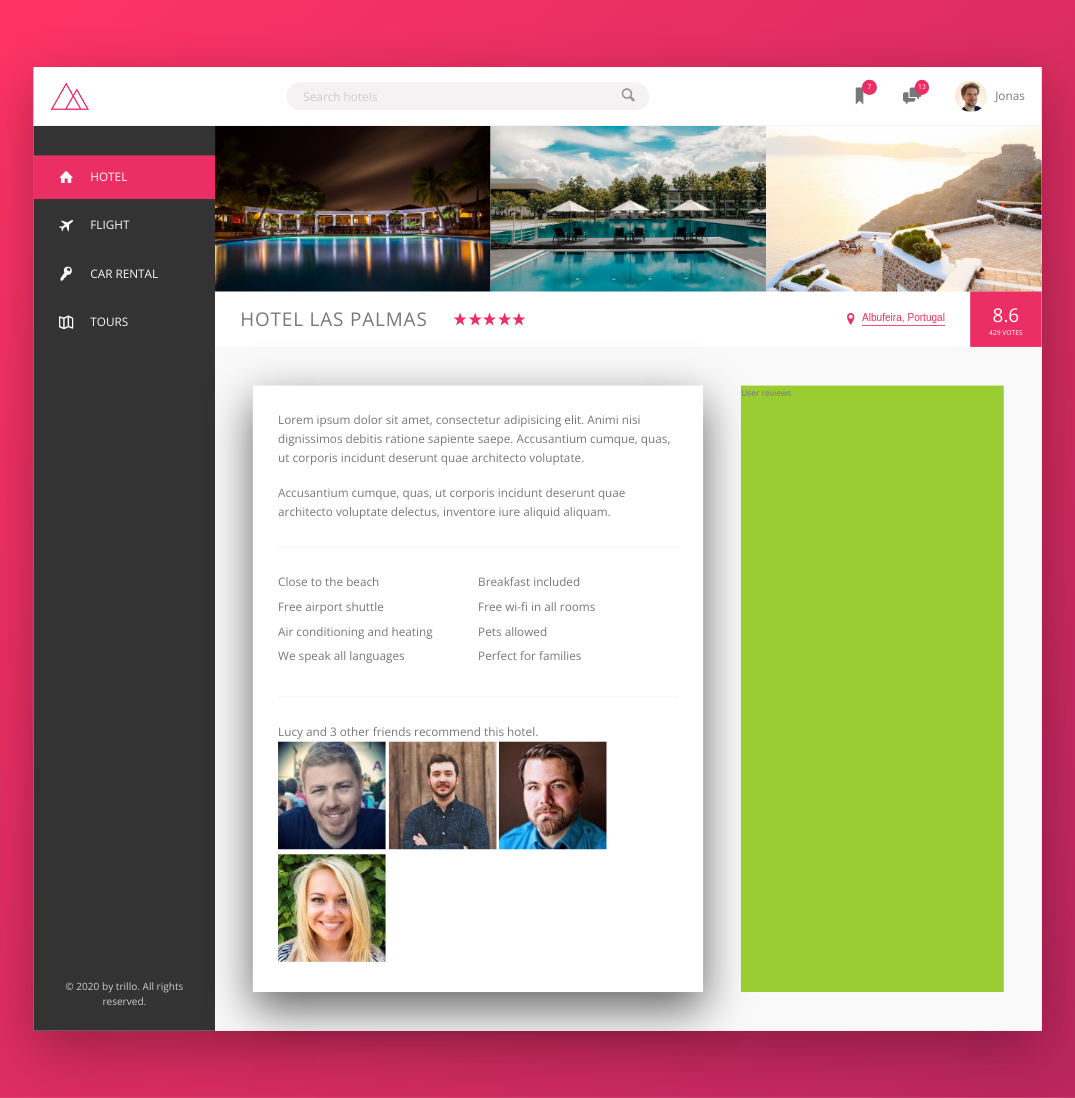
Repository: Lithium87/Trillo
Page: index.html
These files come from the project's save history. The page is drawn as it stood at one moment and after the next save; the edit follows.
The browser window is 1280 px wide. The pictures show the whole page, at 84% of full size.
The style sheet was rebuilt from its Sass, Less or Tailwind sources for each picture, by a compiler version that may differ from the author's.

Above is the page before, as saved 2020-05-17 00:19:50.

### index.html
<!DOCTYPE html>
<html lang="en">

<head>
    <meta charset="UTF-8">
    <meta name="viewport" content="width=device-width, initial-scale=1.0">

    <link href="https://fonts.googleapis.com/css?family=Open+Sans:300,400,600" rel="stylesheet">
    <link rel="stylesheet" href="css/style.css">
    <link rel="shortcut icon" type="image/png" href="img/favicon.png">

    <title>trillo &mdash; Your all-in-one booking app</title>
</head>

<body>
    <div class="container">
        <header class="header">
            <img src="img/logo.png" alt="Trillo logo" class="logo">
            <form action="#" class="search">
                <input type="text" class="search__input" placeholder="Search hotels">
                <button class="search__button">
                    <svg class="search__icon">
                        <use xlink:href="img/sprite.svg#icon-magnifying-glass"></use>
                    </svg>
                </button>
            </form>

            <nav class="user-nav">
                <div class="user-nav__icon-box">
                    <svg class="user-nav__icon">
                        <use xlink:href="img/sprite.svg#icon-bookmark"></use>
                    </svg>
                    <span class="user-nav__notification">7</span>
                </div>
                <div class="user-nav__icon-box">
                    <svg class="user-nav__icon">
                        <use xlink:href="img/sprite.svg#icon-chat"></use>
                    </svg>
                    <span class="user-nav__notification">13</span>
                </div>
                <div class="user-nav__user">
                    <img src="img/user.jpg" alt="User photo" class="user-nav__user-photo">
                    <span class="user-nav__user-name">Jonas</span>
                </div>
            </nav>
        </header>
        <div class="content">
            <nav class="sidebar">
                <ul class="side-nav">
                    <li class="side-nav__item side-nav__item--active">
                        <a href="#" class="side-nav__link">
                            <svg class="side-nav__icon">
                                <use xlink:href="img/stripe.svg#icon-home"></use>
                            </svg>
                            <span>Hotel</span>
                        </a>
                    </li>
                    <li class="side-nav__item">
                        <a href="#" class="side-nav__link">
                            <svg class="side-nav__icon">
                                <use xlink:href="img/stripe.svg#icon-aircraft"></use>
                            </svg>
                            <span>Flight</span>
                        </a>
                    </li>
                    <li class="side-nav__item">
                        <a href="#" class="side-nav__link">
                            <svg class="side-nav__icon">
                                <use xlink:href="img/stripe.svg#icon-key"></use>
                            </svg>
                            <span>Car rental</span>
                        </a>
                    </li>
                    <li class="side-nav__item">
                        <a href="#" class="side-nav__link">
                            <svg class="side-nav__icon">
                                <use xlink:href="img/stripe.svg#icon-map"></use>
                            </svg>
                            <span>Tours</span>
                        </a>
                    </li>
                </ul>
                <div class="legal">
                    &copy; 2020 by trillo. All rights reserved.
                </div>
            </nav>
            <main class="hotel-view">
                <div class="gallery">
                    <figure class="gallery__item">
                        <img src="img/hotel-1.jpg" alt="Photo of hotel 1" class="gallery__photo">
                    </figure>
                    <figure class="gallery__item">
                        <img src="img/hotel-2.jpg" alt="Photo of hotel 2" class="gallery__photo">
                    </figure>
                    <figure class="gallery__item">
                        <img src="img/hotel-3.jpg" alt="Photo of hotel 3" class="gallery__photo">
                    </figure>
                </div>
                <div class="overview">
                    <h1 class="overview__heading">Hotel Las Palmas</h1>
                    <div class="overview__stars">
                        <svg class="overview__icon-star">
                            <use xlink:href="img/stripe.svg#icon-star"></use>
                        </svg>
                        <svg class="overview__icon-star">
                            <use xlink:href="img/stripe.svg#icon-star"></use>
                        </svg>
                        <svg class="overview__icon-star">
                            <use xlink:href="img/stripe.svg#icon-star"></use>
                        </svg>
                        <svg class="overview__icon-star">
                            <use xlink:href="img/stripe.svg#icon-star"></use>
                        </svg>
                        <svg class="overview__icon-star">
                            <use xlink:href="img/stripe.svg#icon-star"></use>
                        </svg>
                    </div>
                    <div class="overview__location">
                        <svg class="overview__icon-location">
                            <use xlink:href="img/stripe.svg#icon-location-pin"></use>
                        </svg>
                        <button class="btn-inline">Albufeira, Portugal</button>
                    </div>
                    <div class="overview__rating">
                        <div class="overview__rating-average">8.6</div>
                        <div class="overview__rating-count">429 votes</div>
                    </div>
                </div>
                <div class="detail">
                    <div class="description">
                        <p class="paragraph">
                            Lorem ipsum dolor sit amet, consectetur adipisicing elit. Animi nisi dignissimos debitis ratione sapiente saepe. Accusantium cumque, quas, ut corporis incidunt deserunt quae architecto voluptate.
                        </p>
                        <p class="paragraph">
                            Accusantium cumque, quas, ut corporis incidunt deserunt quae architecto voluptate delectus, inventore iure aliquid aliquam.
                        </p>
                        <ul class="list">
                            <li class="list__item">Close to the beach</li>
                            <li class="list__item">Breakfast included</li>
                            <li class="list__item">Free airport shuttle</li>
                            <li class="list__item">Free wi-fi in all rooms</li>
                            <li class="list__item">Air conditioning and heating</li>
                            <li class="list__item">Pets allowed</li>
                            <li class="list__item">We speak all languages</li>
                            <li class="list__item">Perfect for families</li>
                        </ul>
                        <div class="recommend">
                            <p class="recommend__count">
                                Lucy and 3 other friends recommend this hotel.
                            </p>
                            <div class="recommend__friends">
                                <img src="img/user-3.jpg" alt="Friend 1" class="recommend__photo">
                                <img src="img/user-4.jpg" alt="Friend 2" class="recommend__photo">
                                <img src="img/user-5.jpg" alt="Friend 3" class="recommend__photo">
                                <img src="img/user-6.jpg" alt="Friend 4" class="recommend__photo">
                            </div>
                        </div>
                    </div>
                    <div class="user-reviews">
                        User reviews
                    </div>
                </div>
            </main>
        </div>
    </div>
</body>

</html>

### sass/_base.scss
:root {
    --color-primary: #eb2f64;
    --color-primary-light: #FF3366;
    --color-primary-dark: #BA265D;
    --color-grey-light-1: #faf9f9;
    --color-grey-light-2: #f4f2f2;
    --color-grey-light-3: #f0eeee;
    --color-grey-light-4: #ccc;
    --color-grey-dark-1: #333;
    --color-grey-dark-2: #777;
    --color-grey-dark-3: #999;
    --shadow-dark: 0 2rem 6rem rgba(0, 0, 0, .3);
    --shadow-light: 0 2rem 5rem rgba(0, 0, 0, .6);
    --line: 1px solid var(--color-grey-light-2);
}

* {
    margin: 0;
    padding: 0;
}

*,
*::before,
*::after {
    box-sizing: inherit;
}

html {
    box-sizing: border-box;
    font-size: 62.5%; // 1rem = 10px
}

body {
    font-family: 'Open Sans', sans-serif;
    font-weight: 400;
    line-height: 1.6;
    color: var(--color-grey-dark-2);
    background-image: linear-gradient(to right bottom, var(--color-primary-light), var(--color-primary-dark));
    background-size: cover;
    background-repeat: no-repeat;
    min-height: 100vh;
}

### sass/_layout.scss
.container {
    max-width: 120rem;
    margin: 8rem auto;
    background-color: var(--color-grey-light-1);
    box-shadow: var(--shadow-dark);
    min-height: 50rem;
}

.header {
    font-size: 1.4rem;
    height: 7rem;
    background-color: #fff;
    border-bottom: var(--line);
    display: flex;
    justify-content: space-between;
    align-items: center;
}

.content {
    display: flex;
}

.sidebar {
    background-color: var(--color-grey-dark-1);
    flex: 0 0 18%;
    display: flex;
    flex-direction: column;
    justify-content: space-between;
}

.hotel-view {
    background-color: #fff;
    flex: 1;
}

.detail {
    display: flex;
    padding: 4.5rem;
    background-color: var(--color-grey-light-1);
    border-bottom: var(--line);
}

.description {
    font-size: 1.4rem;
    background-color: #fff;
    box-shadow: var(--shadow-light);
    padding: 3rem;
    flex: 0 0 60%;
    margin-right: 4.5rem;
}

.user-reviews {
    background-color: yellowgreen;
    flex: 1;
}

### sass/_components.scss
///////////////////////
//LOGO
.logo {
    height: 3.25rem;
    margin-left: 2rem;
}

///////////////////////
//SEARCH BOX
.search {
    flex: 0 0 40%;
    display: flex;
    align-items: center;
    justify-content: center;
    &__input {
        font-family: inherit;
        font-size: inherit;
        color: inherit;
        background-color: var(--color-grey-light-2);
        border: none;
        padding: .7rem 2rem;
        border-radius: 100px;
        width: 90%;
        transition: all .2s;
        margin-right: -3.5rem;
        &:focus {
            outline: none;
            width: 100%;
            background-color: var(--color-grey-light-3);
        }
        &::-webkit-input-placeholder {
            font-weight: 100;
            color: var(--color-grey-light-4);
        }
    }
    &__input:focus+&__button {
        background-color: var(--color-grey-light-3);
    }
    &__button {
        border: none;
        background-color: var(--color-grey-light-2);
        &:focus {
            outline: none;
        }
        &:active {
            transform: translateY(2px);
        }
    }
    &__icon {
        height: 2rem;
        width: 2rem;
        fill: var(--color-grey-dark-3);
    }
}

///////////////////////
//USER NAVIGATION
.user-nav {
    align-self: stretch;
    display: flex;
    align-items: center;
    &>* {
        padding: 0 2rem;
        cursor: pointer;
        height: 100%;
        display: flex;
        align-items: center;
    }
    &>*:hover {
        background-color: var(--color-grey-light-2);
    }
    &__icon-box {
        position: relative;
    }
    &__icon {
        height: 2.25rem;
        width: 2.25rem;
        fill: var(--color-grey-dark-2);
    }
    &__notification {
        font-size: .8rem;
        height: 1.75rem;
        width: 1.75rem;
        border-radius: 50%;
        background-color: var(--color-primary);
        color: #fff;
        position: absolute;
        top: 1.5rem;
        right: 1.1rem;
        display: flex;
        justify-content: center;
        align-items: center;
    }
    &__user-photo {
        height: 3.75rem;
        border-radius: 50%;
        margin-right: 1rem;
    }
}

///////////////////////
//SIDE NAVIGATION
.side-nav {
    font-size: 1.4rem;
    list-style: none;
    margin-top: 3.5rem;
    &__item {
        position: relative;
        &:not(:last-child) {
            margin-bottom: .5rem;
        }
    }
    &__item::before {
        content: "";
        position: absolute;
        top: 0;
        left: 0;
        height: 100%;
        width: 3px;
        background-color: var(--color-primary);
        transform: scaleY(0);
        transition: transform .2s, width .4s cubic-bezier(1, 0, 0, 1) .2s, background-color .1s;
    }
    &__item:hover::before,
    &__item--active::before {
        transform: scaleY(1);
        width: 100%;
    }
    &__item:active::before {
        background-color: var(--color-primary-light);
    }
    &__link:link,
    &__link:visited {
        color: var(--color-grey-light-1);
        text-decoration: none;
        text-transform: uppercase;
        display: block;
        padding: 1.5rem 3rem;
        position: relative;
        z-index: 10;
        display: flex;
        align-items: center;
    }
    &__icon {
        width: 1.75rem;
        height: 1.75rem;
        margin-right: 2rem;
        fill: currentColor;
    }
}

///////////////////////
//LEGAL TEXT
.legal {
    font-size: 1.2rem;
    color: var(--color-grey-light-4);
    text-align: center;
    padding: 2.5rem;
}

///////////////////////
//GALLERY
.gallery {
    display: flex;
    &__photo {
        width: 100%;
        display: block;
    }
}

///////////////////////
//HOTEL OVERVIEW
.overview {
    display: flex;
    align-items: center;
    border-bottom: var(--line);
    &__heading {
        font-size: 2.25rem;
        font-weight: 300;
        text-transform: uppercase;
        letter-spacing: 1px;
        padding: 1.5rem 3rem;
    }
    &__stars {
        margin-right: auto;
        display: flex;
    }
    &__icon-star,
    &__icon-location {
        width: 1.75rem;
        height: 1.75rem;
        fill: var(--color-primary);
    }
    &__location {
        font-size: 1.2rem;
        display: flex;
        align-items: center;
    }
    &__icon-location {
        margin-right: .5rem;
    }
    &__rating {
        background-color: var(--color-primary);
        color: #fff;
        margin-left: 3rem;
        padding: 0 2.25rem;
        align-self: stretch;
        display: flex;
        flex-direction: column;
        align-items: center;
        justify-content: center;
    }
    &__rating-average {
        font-size: 2.25rem;
        font-weight: 300;
        margin-bottom: -3px;
    }
    &__rating-count {
        font-size: .8rem;
        text-transform: uppercase;
    }
}

///////////////////////
//BUTTON INLINE
.btn-inline {
    border: none;
    color: var(--color-primary);
    font-size: inherit;
    border-bottom: 1px solid currentColor;
    padding-bottom: 2px;
    display: inline-block;
    background-color: transparent;
    cursor: pointer;
    transition: all .2s;
    &:hover {
        color: var(--color-grey-dark-1);
    }
    &:focus {
        outline: none;
        animation: pulsate 1s infinite;
    }
}

@keyframes pulsate {
    0% {
        transform: scale(1);
        box-shadow: none;
    }
    50% {
        transform: scale(1.05);
        box-shadow: 0 1rem 4rem rgba(0, 0, 0, .25);
    }
    100% {
        transform: scale(1);
        box-shadow: none;
    }
}

///////////////////////
//PARAGRAPH
.paragraph:not(:last-of-type) {
    margin-bottom: 2rem;
}

///////////////////////
//LIST
.list {
    list-style: none;
    margin: 3rem 0;
    padding: 3rem 0;
    border-top: var(--line);
    border-bottom: var(--line);
    display: flex;
    flex-wrap: wrap;
    &__item {
        flex: 0 0 50%;
        margin-bottom: .7rem;
    }
    &__item::before {
        background-image: url(../img/chevron-thin-right.svg);
    }
}

///////////////////////
//RECOMMEND

Loaded but not shown: sass/main.scss (common file)

After the next save:
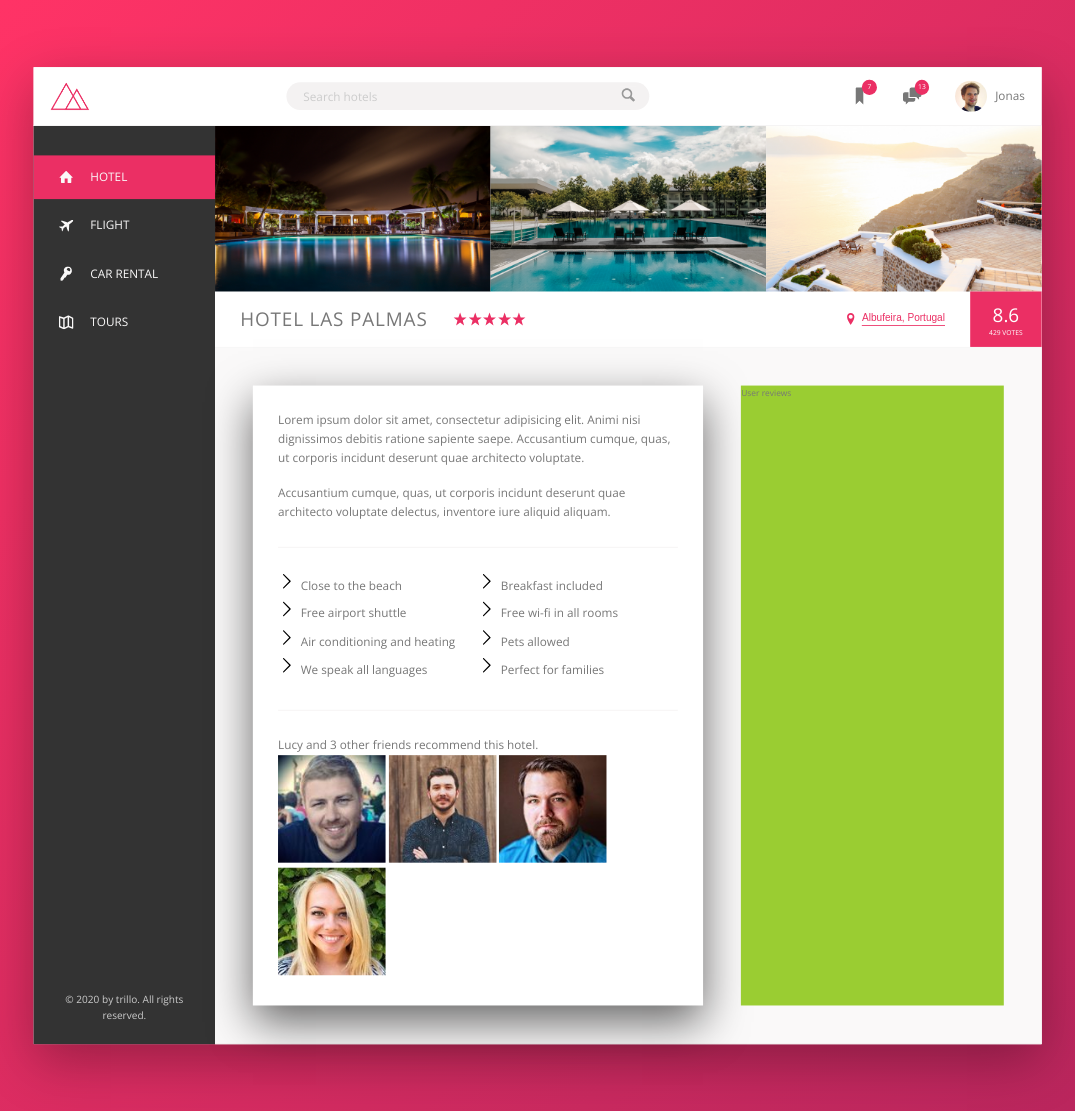
Saved 2 min 45 s later.
--- a/sass/_components.scss
+++ b/sass/_components.scss
@@ -278,6 +278,11 @@
         margin-bottom: .7rem;
     }
     &__item::before {
+        content: "";
+        display: inline-block;
+        height: 2rem;
+        width: 2rem;
+        margin-right: .7rem;
         background-image: url(../img/chevron-thin-right.svg);
     }
 }
